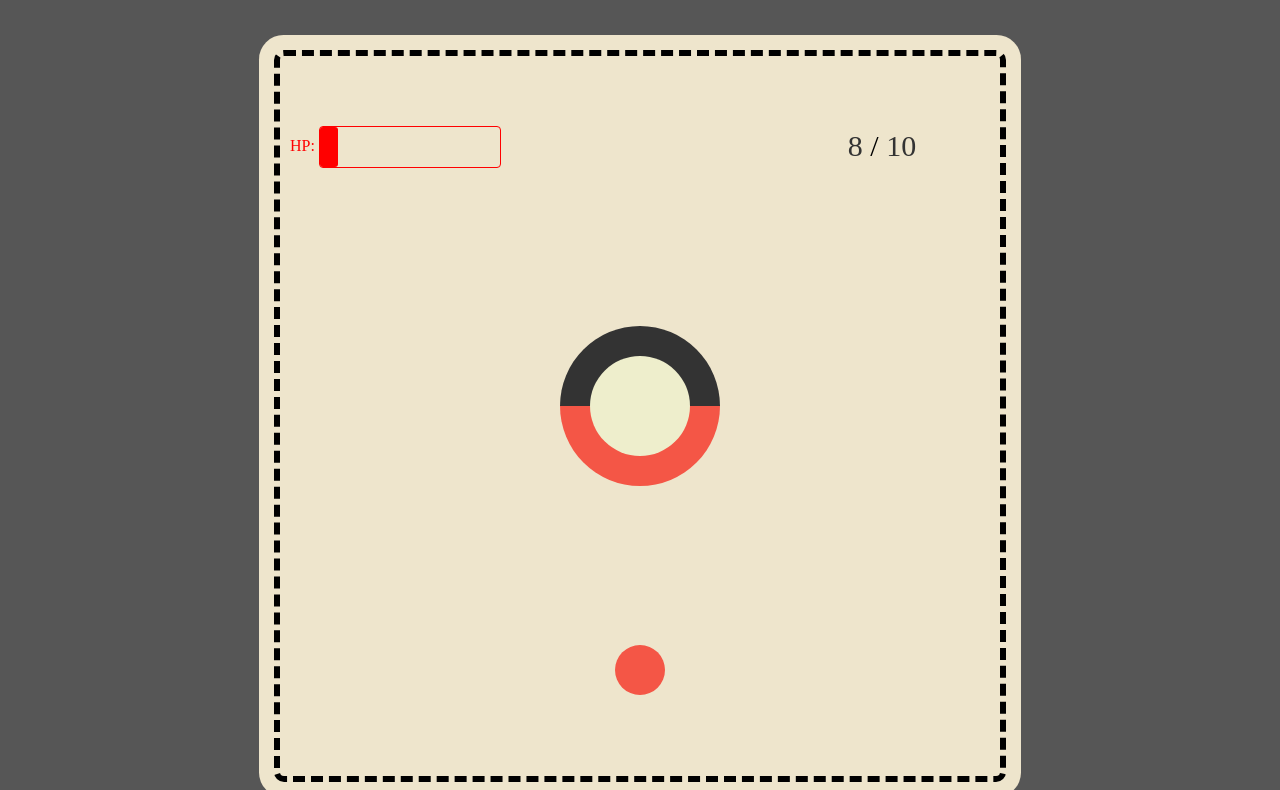
Repository: EEETA/ball-game
Page: theBall2/index.html
These files come from the project's save history. The page is drawn as it stood at one moment and after the next save; the edit follows.
The browser window is 1280 px wide. The pictures show the whole page.
After loading, the first visible `button.start` was clicked once.

Above is the page before, as saved 2018-08-01 19:53:46.

### theBall2/index.html
<!DOCTYPE html>
<html lang="en">
<head>
    <meta charset="UTF-8">
    <title>theBall</title>
	<link rel="stylesheet" href="style/index.css">
    <script src="js/jquery-1.8.3.min.js"></script>
	<script src="js/jquery.rotate.min.js"></script>
</head>
<body>
    <section class="box">
        <!-- 旋转div -->
        <section class="ball ballZhuan">
            <div class="redPart_box">
                <div class="redPart"></div>
            </div>
            <div class="blackPart_box">
                <div class="blackPart"></div>
            </div>
            <div class="middlePart"></div>
        </section>
        <div class="ball2"></div>

        <section class="idx_pattern">
            <!-- 主界面-游戏模式 -->
        </section>
        <section class="idx_intro">
            <!-- 主界面-游戏玩法 -->
        </section>

        <section class="game_mask">
        <!-- 游戏界面-娱乐模式遮罩提示层 -->
        </section>
        <div class="arrow">
            <!-- 升级效果 -->
        </div>
        <section class="game_shootBox">
            <!-- 游戏界面-小球发射 -->
        </section>
        <section class="game_fraction">
            <!-- 游戏界面-分数血量显示 -->
        </section>
        <section class="game_hanlder">
            <!-- 游戏界面-结束模块 -->
        </section>
    </div>

    <script src="data/data.js"></script>
    <script>
        const patternLen = pattern.length;
        const idxPattern = document.querySelector('.idx_pattern');
        const idxIntro = document.querySelector('.idx_intro');
        const gameShootBox = document.querySelector('.game_shootBox');
        const gameFraction = document.querySelector('.game_fraction');
        const gameHanlder = document.querySelector('.game_hanlder');
        const gameMask = document.querySelector('.game_mask');
        var my=[];
        /*主界面-游戏模式*/
        for(var i=0;i<patternLen;i++){
            let idxPatternMain=`<div class="playWrap">
                                    <div class="playTit"> ${pattern[i].patternName} </div>
                                    <div class="playIntroduce">
                                        <div class="playIntroduceTxt">1.通关条件 <span style="color:#EE8E4E"> ${pattern[i].explain.condition} </span></div>
                                        <div class="playIntroduceTxt">2. ${pattern[i].explain.produce} </div>
                                    </div>
                                    <button class="start">START</button>
                                </div>`
            idxPattern.innerHTML+=idxPatternMain;
        }
        /*主界面-游戏玩法*/
        let produceTxt=`<div class="introTxt">
                            <div>
                                1.按空格键/AD可旋转 <img src="img/img1.png" alt="" class="sizeOne">
                            </div>
                            <div>
                                2.当<img src="img/img2.png" alt="" class="sizeOne">掉落时,根据模式将 <img src="img/img1.png" alt="" class="sizeOne"> 旋转到对应的颜色即可得1分,反之<span style="color:red">HP-1</span>
                            </div>
                            <div>
                                3.进入游戏后，每个玩家血量为5,右上角为分数面板 <img src="img/img3.png" alt="" class="sizeTwo"> 左侧为当前分数,右侧为当前关卡上限,分数达到上限即可进入下一关
                            </div>
                        </div>
                        <button class="introTxtBtn">游戏玩法</button>`
        idxIntro.innerHTML=produceTxt;



        /*游戏界面-小球发射*/
        let gameShootBoxMain=`<div class="top">
                                    <div class="div_middle"></div>
                                </div>
                                <div class="bottom">
                                    <div class="div_middle"></div>
                                </div>
                                <div class="left">
                                    <div class="div_middle"></div>
                                </div>
                                <div class="right">
                                    <div class="div_middle"></div>
                                </div>`
        gameShootBox.innerHTML+=gameShootBoxMain;
        /*游戏界面-分数血量显示*/
        let gameFractionMain=`<div class="life">HP:
                                    <div class="hp_div">
                                        <div class="hp_div_main"></div>
                                    </div>
                                </div>
                                <div class="fraction">
                                    <span class="fraction_left"></span>
                                    /
                                    <span class="fraction_right"></span>
                                </div>`
        gameFraction.innerHTML=gameFractionMain;
        /*游戏界面-结束模块*/
        let gameHanlderMain=`<div class="interface">
                                <div class="over">Game Over</div>
                                <div class="success">成功通关</div>
                            </div>
                            <div class="button_box">
                                <button class="button_left">再玩一次</button>
                                <button class="button_right">返回大厅</button>
                            </div>`
        gameHanlder.innerHTML=gameHanlderMain;
        /*游戏界面-娱乐模式遮罩提示层*/
        let gameMaskMain=`<div class="Mask_span">
                                <span>按A键向左转</span>
                                <span>按D键向右转</span>
                            </div>
                            <span class="Mask_p">- 按空格键继续 -</span>`
        gameMask.innerHTML=gameMaskMain;
    </script>
    <script src="js/index.js"></script>
    <script src="js/animation.js"></script>
</body>
</html>

### theBall2/js/index.js



var time=new Date();/*时间差*/
var numList,
background,
num,
box_num,
hp,/*当前血量*/
hp_box,/*总血量*/
fail_hp,/*当前血量*/
fractionNow,/*得分*/
fractionNeed,/*升级需要得分*/
speed,
delayed,
num_number,
box_num_number,
direction,
box,
interval,
this_ball,
switch_1,

visited,/*进入过娱乐模式后，不再弹出操作提示框*/
negative,
numbox,

switch_1=0;
visited=false;
numList=0;
negative=0;
delayed=0;
degree=-180;
interval=300;
num_number=2;
box_num_number=2;

box=$('.ball');

const idxW=1080;/*主界面宽高*/
const idxH=720;
const gameW=720;/*游戏宽高*/
const gameH=720;

const start=document.querySelectorAll('.start');
let again;/*再来一次时用来判断模式*/

window.onload=function(){
    $('.ball').addClass("ballZhuan");
    $(".introTxtBtn").mouseover(function(){ $('.introTxt').stop().fadeIn(400);})
	$(".introTxtBtn").mouseout(function(){ $('.introTxt').stop().fadeOut(400);})
    choose();
}

function choose(){//进入对应模式
	for(let i=0;i<start.length;i++){
        start[i].onclick=function(){
            $('.idx_pattern').fadeOut(300);
            $('.introTxtBtn').fadeOut(300);
            again=i;
            initInfo(i);
            setTimeout(function(){
        		appendball(i);
        	},1200)
        }
	}
}

function initInfo(numberMode){
    hp=1;
    hp_box=10;
    fail_hp=hp*100/hp_box;
    fractionNow=8;
    if(!numberMode){fractionNeed=10;}
    else{fractionNeed="∞";}
    speed=800;

    /*颠倒模式互换颜色*/
	if(numberMode==1){
		$('.redPart').css('background','#333');
		$('.blackPart').css('background','#f45646');
    }

	if(numberMode==2){
		speed=1400;
	    numList=-360;
	    num_number=4;
	    box_num_number=4;
	    degree=-90;
		delayed=1100;
	}
	if(numberMode==2&&visited==true){
		box.rotate({
            animateTo:numList,
            duration:450,
        });
	}
    $('.fraction_left').html(fractionNow);
    $('.fraction_right').html(fractionNeed);
    $('.hp_div_main').animate({width:fail_hp+"%"});

    box_animation(gameW,gameH,500);
    $('.game_fraction').fadeIn(500);

    /*小球位置及角度就绪*/
    $('.ball').animate({top:'210px'},500,function(){
        $(this).removeClass("ballZhuan");
        if(numberMode!=2){
            $(this).rotate({animateTo:-180,duration:600});/*这一步尤为重要，得分是在-180°上去迭代完成的，角度不转会十分生硬*/
            numList=-180;
        }
        else if(numberMode==2){
            if(visited){
                appendball('.div_middle');
                rotate_transition(".ball",".ball2");
            }else{
                Mask();
                rotate_transition(".ball",".ball2");
            }
        }
    })
}

/*关卡设置*/
function levelUp(numberMode){
	if(numberMode==0 || numberMode==2){
		if(fractionNow%10==0){
	        callarrow("速度加快");
			speed-=100;
	        delayed=1100;
		}
	}
	if(numberMode==1){
		if(fractionNow==10){
	        callarrow("速度加快");
	        speed-=200;
	        fractionNeed=30;
	        delayed=1100;
		}
	    if(fractionNow==30){
	        callarrow("lalala");
	        speed-=100;
	        fractionNeed=50;
	        delayed=1100;
	    }
	}
}

function appendball(numberMode){  //生成小球
    if(hp<=0){
        $('.over').animate({opacity:1},600,function(){
            $('.button_box').css('display','block');
            $('.button_box').animate({opacity:1},800)});
        return;
    }
	if(numberMode==1&&fractionNow==50){
        $('.success').animate({opacity:1},600,function(){
	            $('.button_box').css('display','block')
	            $('.button_box').animate({opacity:1},800)
	        });
	    return;
   }
    if(numberMode==2){
	    box=$('.ball2');
	    return;
    }

	levelUp(numberMode);
    // $('.fraction_right').html(fractionNeed);

    ballFour=new Array();
    ballFour[0]="#f45646";
    ballFour[1]="#333";
    ballFour[2]="#efa97a";
    ballFour[3]="#6dd3ce";

    num=parseInt(Math.random()*num_number);
    box_num=parseInt(Math.random()*box_num_number);
    $('<div class="div_ball" style="background:'+ballFour[num]+';z-index:10"></div>').appendTo($('.div_middle')[box_num]);
    this_ball=$('.div_ball');
    setTimeout(function(){ballmove(this_ball,box_num,numberMode)},delayed);
}

/*小球运动*/
function ballmove(this_ball,box_num,numberMode){
    delayed=0;
    box_num < 2 ? (box_num==0 ? range=350 : range=-350) : (box_num==2 ? range=350 : range=-350);
    box_num < 2 ? direction='top' : direction='left';
    this_ball.animate(
        {[direction]:""+range+"px"},
        {duration:speed,
         easing:'linear',    // easing:'linear' 匀速直线运动
            progress:function(){
                var this_height=Math.floor($(this).offset().top)+$(this).height();
                var this_width=Math.floor($(this).offset().left)+$(this).width();
                var box_top=box.offset().top;
                var box_left=box.offset().left;
                var box_height=box.offset().top+box.height();
                var box_width=box.offset().left+box.width();

                if(box_num_number == 2){ //两个方向
                    if(box_num < 2){  //上下
                        if(range==350){  //向下
                            if(this_height>=box_top+2){
                                movejudge(this,-270,-0,-90,-180,4,numberMode);
                            }
                        }else if(range==-350){  //向上
                            if($(this).offset().top<=box_height){
                                movejudge(this,-90,-180,-270,-0,4,numberMode);
                            }
                        }
                     }
                }
                else if(box_num_number==4){ //四个方向
                    if(box_num < 2){  //上下
                        if(range==350){  //向下
                            if(this_height>=box_top+2){
                                 movejudge(this,-270,-0,-90,-180,5,numberMode);
                            }
                        }else if(range==-350){  //向上
                            if($(this).offset().top<=box_height+170){
                                 movejudge(this,-90,-180,-270,-0,5,numberMode);
                            }
                        }
                    } else if(box_num >= 2){   //左右
                        if(range==350){    //向右
                            if(this_width>=box_left+2){
                                movejudge(this,-0,-90,-180,-270,5,numberMode);
                            }
                        }else if(range==-350){  //向左
                            if(this_width <= box_width+218){
                                 movejudge(this,-180,-270,-0,-90,5,numberMode);
                            }
                        }
                    }
                }
            }
        }
    )
}



document.addEventListener('keydown',ballPlay,false);
function ballPlay(){
    if(box_num_number==2&&event.keyCode==32){  //只有两种颜色
        if(new Date()-time>interval){
            numList+=degree;
            box.rotate({
                animateTo: numList,
                duration:450,
            });
            time=new Date();
        }
    }
    else if(box_num_number==4){  //四钟颜色
        if(event.keyCode==32 && visited==false){   //遮罩按空格
            switch_1=1;
            $('.game_mask').fadeOut(500);
            $('.Mask_p').fadeOut(200);
            $('.Mask_span').fadeOut(500);
            visited=true;
	      	appendball('.div_middle');
        }
        if(event.keyCode==65){   //左
            numList+=degree;
            negative=numList;
            if(numList>0){   //度数往右转 度数变为正数时
                if(numList%360==90 || numList%360==270){
                    negative=-numList-180;
                }
                if(numList%360==0 || numList%360==180){
                    negative=-negative
                }
            }
            box.rotate({
                    animateTo: numList,
                    duration:340,
            });
        }
        if(event.keyCode==68){  //右
            numList-=degree;
            if(numList<0) negative+=degree;
            if(numList>0) {
                if(numList%360==0 || numList%360==180){
                    negative=-numList;
                }
                if(numList%360==90 || numList%360==270){
                    negative=-numList-180;
                }
            };
            box.rotate({
                    animateTo: numList,
                    duration:340,
            });
        }
  	}
}

/*再玩一次&&返回主界面*/
const buttonLeft=document.querySelector('.button_left');
const buttonRight=document.querySelector('.button_right');
buttonLeft.addEventListener('click',playAgain,false)
buttonRight.addEventListener('click',backIdx,false)
function playAgain(){
    $('.over,.success,.button_box').animate({opacity:0},200);
    $('.button_box').css('display','none');

    initInfo(again);
    setTimeout(function(){
        appendball(again);
    },1200)
}
function backIdx(){
    box_animation(idxH,idxW,500);
	degree=-180;
	negative=0;
	speed=1200;
    numList=0;
	delayed=0;
	num_number=2;
	box_num_number=2;
	$('.blackPart').css('background','#333');
	$('.redPart').css('background','#f45646');
    rotate_transition(".ball2",".ball");
	box=$('.ball');

   	$('.game_fraction').fadeOut(300);
    $('.button_box').css('display','none');
    $('.over,.success').animate({opacity:0},100);
    $('.ball').animate({top:'0px'},500,function(){
        $(this).addClass("ballZhuan");
	})
	setTimeout(function(){
		$('.introTxtBtn').fadeIn(300);
		$('.idx_pattern').fadeIn(300);
   	},800)
}

Loaded but not shown: theBall2/js/jquery-1.8.3.min.js (library); theBall2/js/jquery.rotate.min.js (library); theBall2/js/animation.js (159 lines, source omitted); theBall2/data/data.js (47 lines, source omitted); theBall2/style/index.css (280 lines, source omitted)

After the next save:
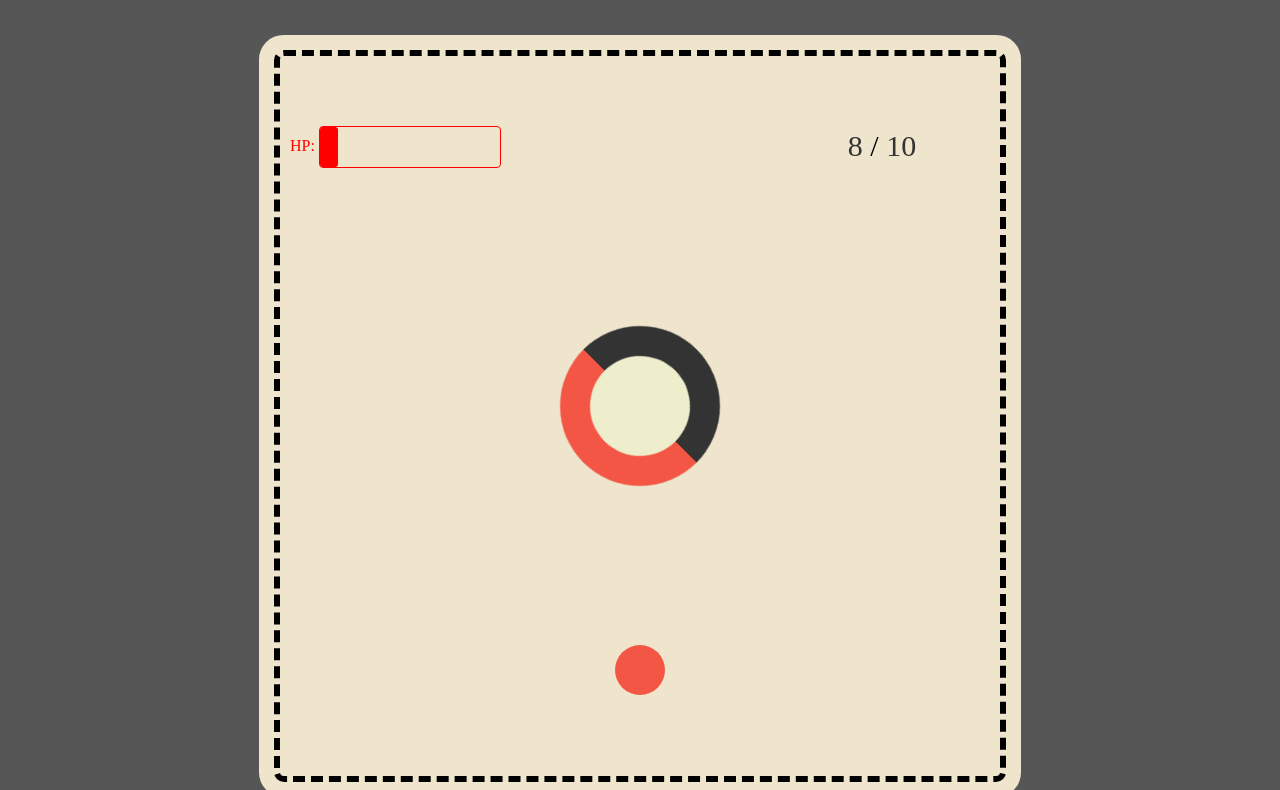
Saved 17 s later.
--- a/theBall2/js/index.js
+++ b/theBall2/js/index.js
@@ -104,7 +104,7 @@
 
     /*小球位置及角度就绪*/
     $('.ball').animate({top:'210px'},500,function(){
-        $(this).removeClass("ballZhuan");
+        // $(this).removeClass("ballZhuan");
         if(numberMode!=2){
             $(this).rotate({animateTo:-180,duration:600});/*这一步尤为重要，得分是在-180°上去迭代完成的，角度不转会十分生硬*/
             numList=-180;

After the save that followed:
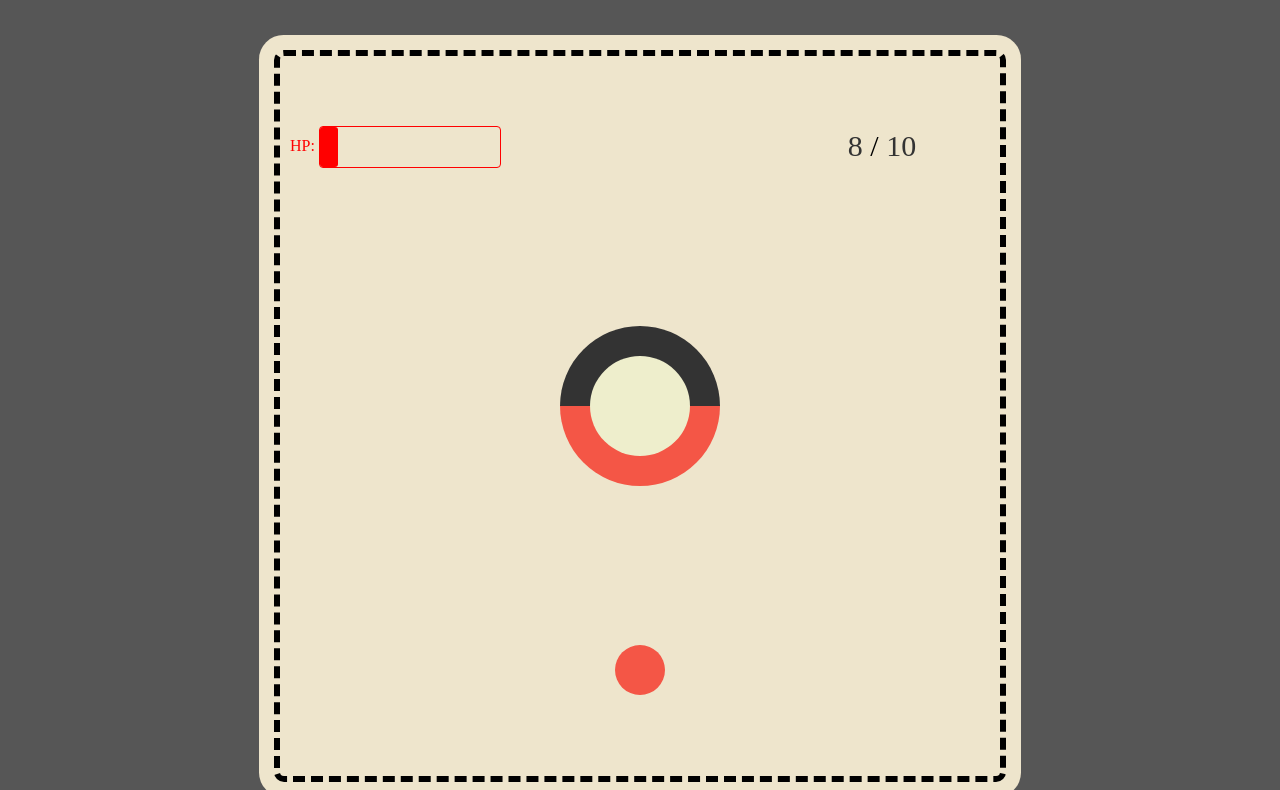
Saved 25 s later.
--- a/theBall2/js/index.js
+++ b/theBall2/js/index.js
@@ -104,7 +104,7 @@
 
     /*小球位置及角度就绪*/
     $('.ball').animate({top:'210px'},500,function(){
-        // $(this).removeClass("ballZhuan");
+        $(this).removeClass("ballZhuan");
         if(numberMode!=2){
             $(this).rotate({animateTo:-180,duration:600});/*这一步尤为重要，得分是在-180°上去迭代完成的，角度不转会十分生硬*/
             numList=-180;
